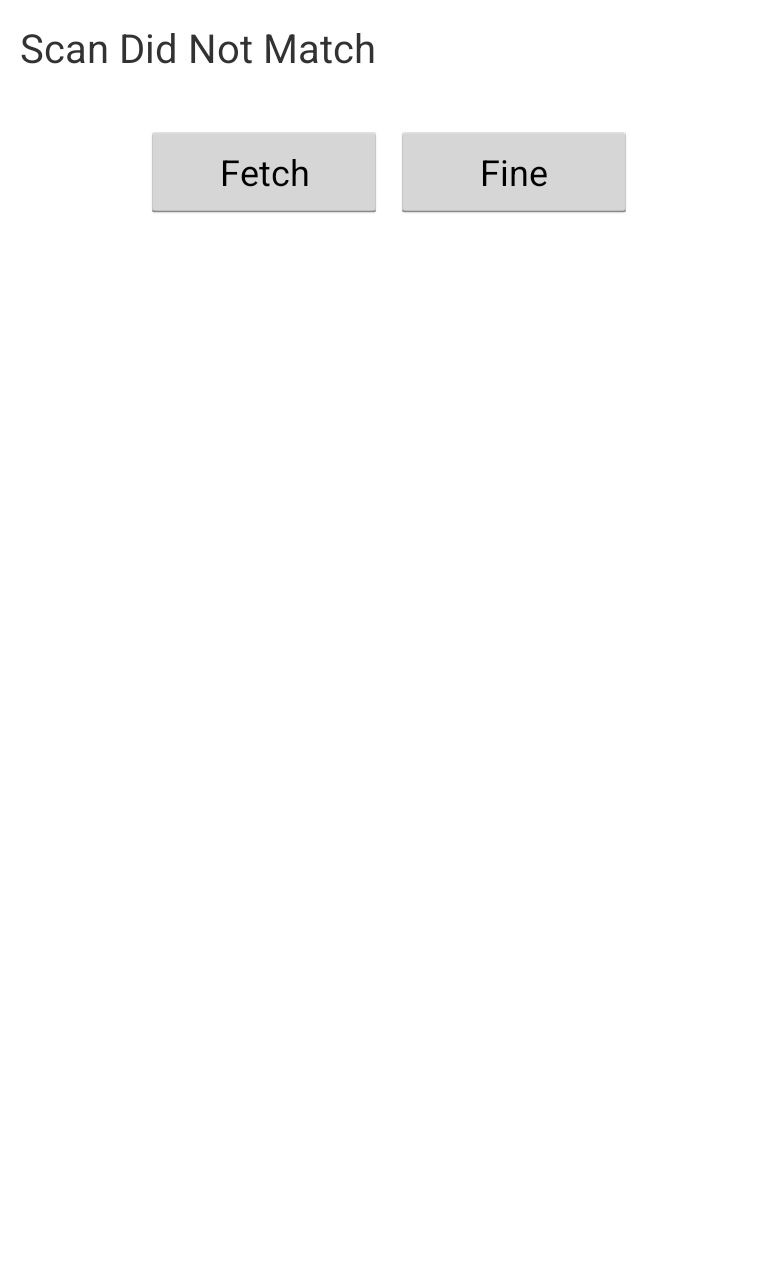
Repository: LennoxAlexion/UID
Layout: Android App/Uid-Project/res/layout/activity_qr_result_failure.xml
An editor plug-in stored every save of this project. The layout is shown before and after the next save, followed by the edit.
It is drawn on a 768 x 1280 px phone screen (xhdpi) without system bars, with theme AppTheme; the app's code is not run.

Above is the layout before, as saved 2015-03-29 07:15:57.

### Android App/Uid-Project/res/layout/activity_qr_result_failure.xml
<?xml version="1.0" encoding="utf-8"?>
<LinearLayout xmlns:android="http://schemas.android.com/apk/res/android"
    android:layout_width="match_parent"
    android:layout_height="match_parent"
    android:orientation="vertical"
>

    <TextView
        android:layout_width="wrap_content"
        android:layout_height="wrap_content"
        android:text="Scan Did Not Match"
        android:layout_margin="10dp"
        android:textSize="20dp" />


    <LinearLayout
        android:layout_width="fill_parent"
        android:layout_height="wrap_content"
        android:layout_gravity="center_horizontal"
        android:layout_margin="5dp"
        android:gravity="center"
        android:orientation="horizontal"
        android:padding="5dp" >

        <Button
            android:id="@+id/Button_qr_result_Fetch"
            android:layout_width="120dp"
            android:layout_height="wrap_content"
            android:layout_margin="5dp"

            android:text="Fetch" />

        <Button
            android:id="@+id/Button_qr_result_ImposeFine"
            android:layout_width="120dp"
            android:layout_height="wrap_content"

            android:text="Fine" />

    </LinearLayout>



</LinearLayout>

Loaded but not shown: Android App/Uid-Project/res/values/styles.xml (common file); Android App/Uid-Project/res/values-v11/styles.xml (common file); Android App/Uid-Project/res/values-v14/styles.xml (common file); Android App/Uid-Project/res/values-v21/styles.xml (common file)

After the next save:
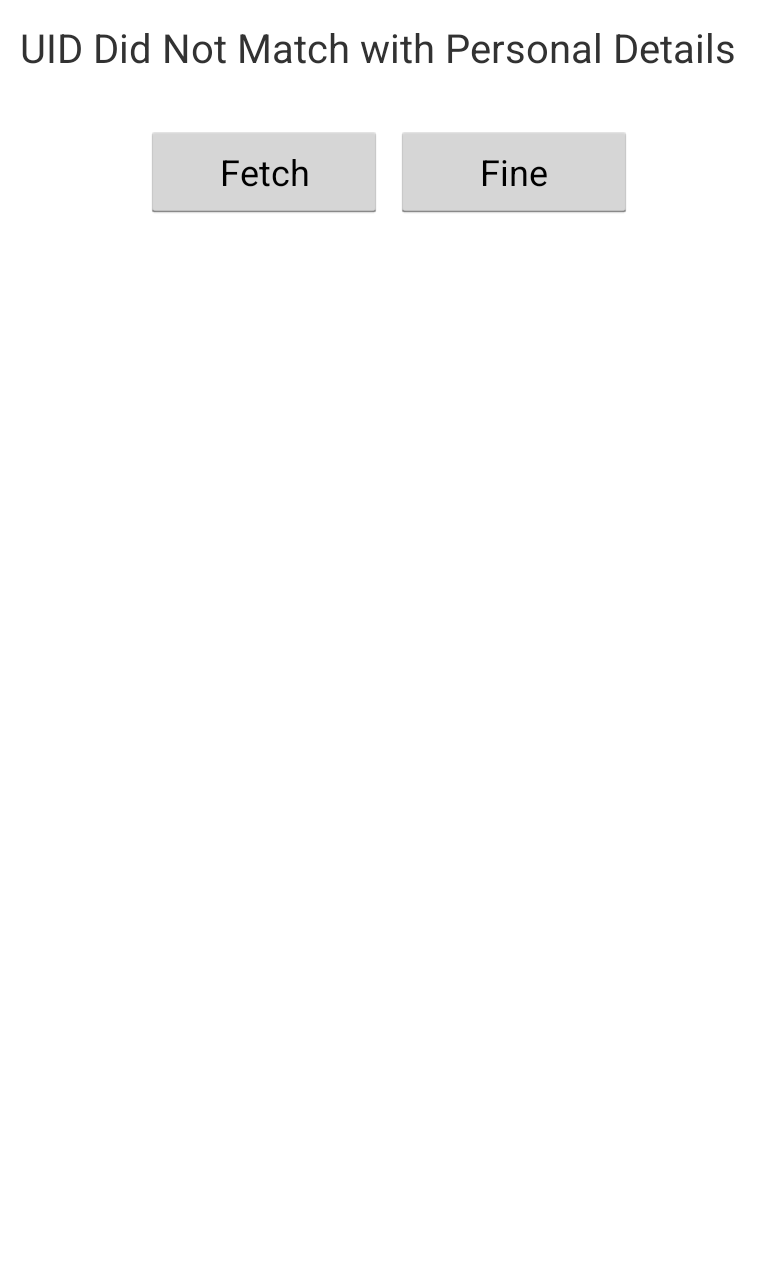
Saved 21 s later.
--- a/Android App/Uid-Project/res/layout/activity_qr_result_failure.xml
+++ b/Android App/Uid-Project/res/layout/activity_qr_result_failure.xml
@@ -8,7 +8,7 @@
     <TextView
         android:layout_width="wrap_content"
         android:layout_height="wrap_content"
-        android:text="Scan Did Not Match"
+        android:text="UID Did Not Match with Personal Details"
         android:layout_margin="10dp"
         android:textSize="20dp" />
 
